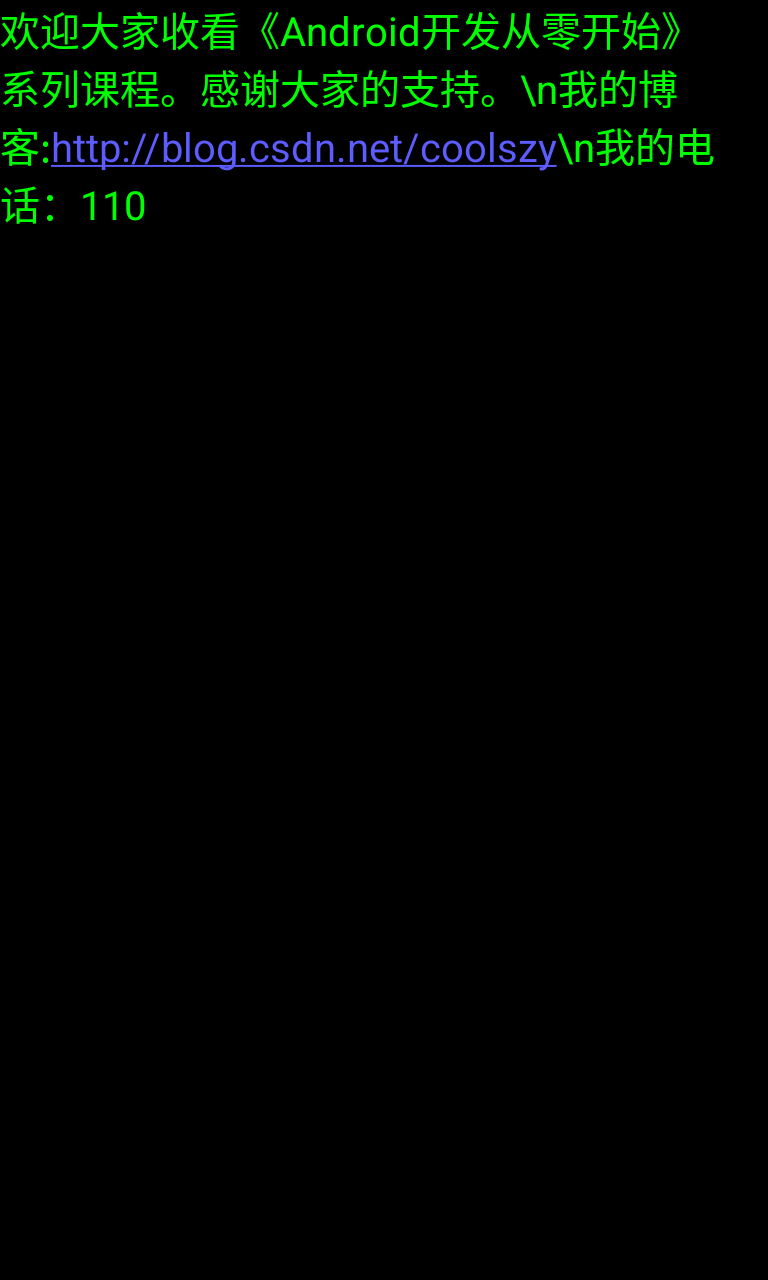
Repository: fangbao/Google_Android
Layout: Android_space/2.TextView/res/layout/main.xml
An editor plug-in stored every save of this project. The layout is shown before and after the next save, followed by the edit.
It is drawn on a 768 x 1280 px phone screen (xhdpi) without system bars, with theme android:Theme; the app's code is not run.

Above is the layout before, as saved 2011-12-23 23:31:55.

After the next save:
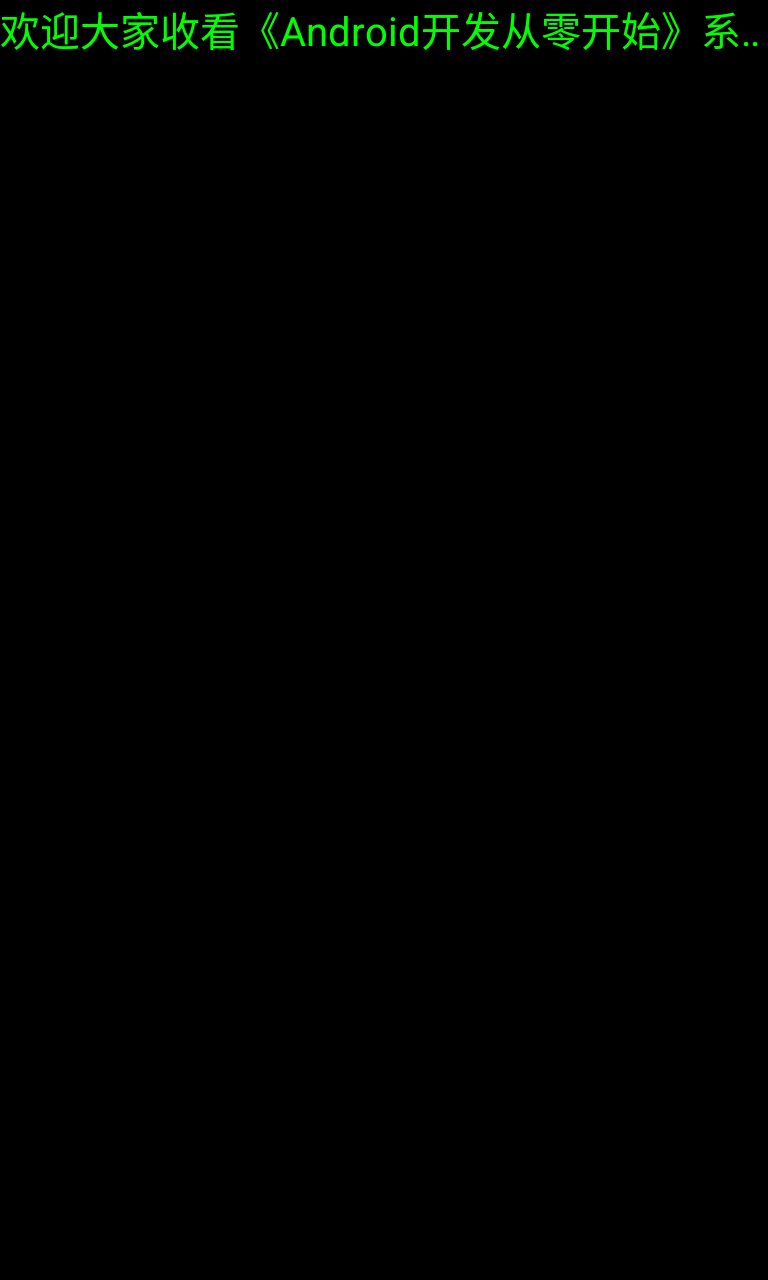
Saved 2 min 12 s later.
--- a/Android_space/2.TextView/res/layout/main.xml
+++ b/Android_space/2.TextView/res/layout/main.xml
@@ -11,6 +11,14 @@
     android:layout_height="wrap_content"
     android:textSize="20sp"
     android:textColor="#00FF00"
+
+    android:singleLine="true"
+	android:focusable="true"
+	android:ellipsize="marquee"
+	android:marqueeRepeatLimit="marquee_forever"
+	android:focusableInTouchMode="true"
+
+
     android:text="欢迎大家收看《Android开发从零开始》系列课程。感谢大家的支持。\n我的博客:http://blog.csdn.net/coolszy\n我的电话：110
 "
     />
